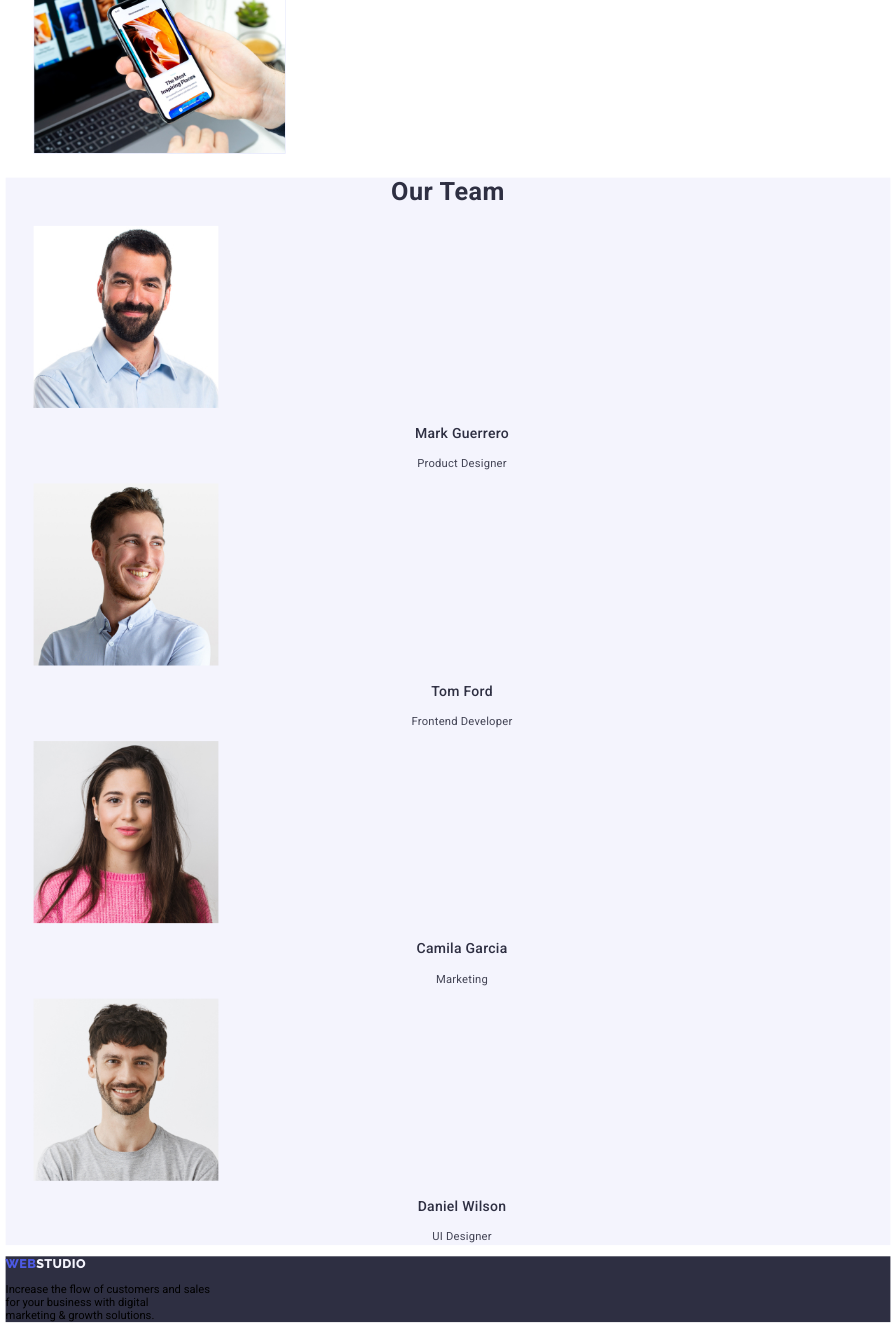
Repository: jandiman/goit-markup-hw-02
Page: index.html
These files come from the project's save history. The page is drawn as it stood at one moment and after the next save; the edit follows.
The browser window is 1280 px wide. The pictures show the part of the page from y = 1564 to 3484 px (the page is 3469 px tall before and 3484 px after), at 70% of full size.

Above is the page before, as saved 2023-07-07 09:31:46.

After the next save:
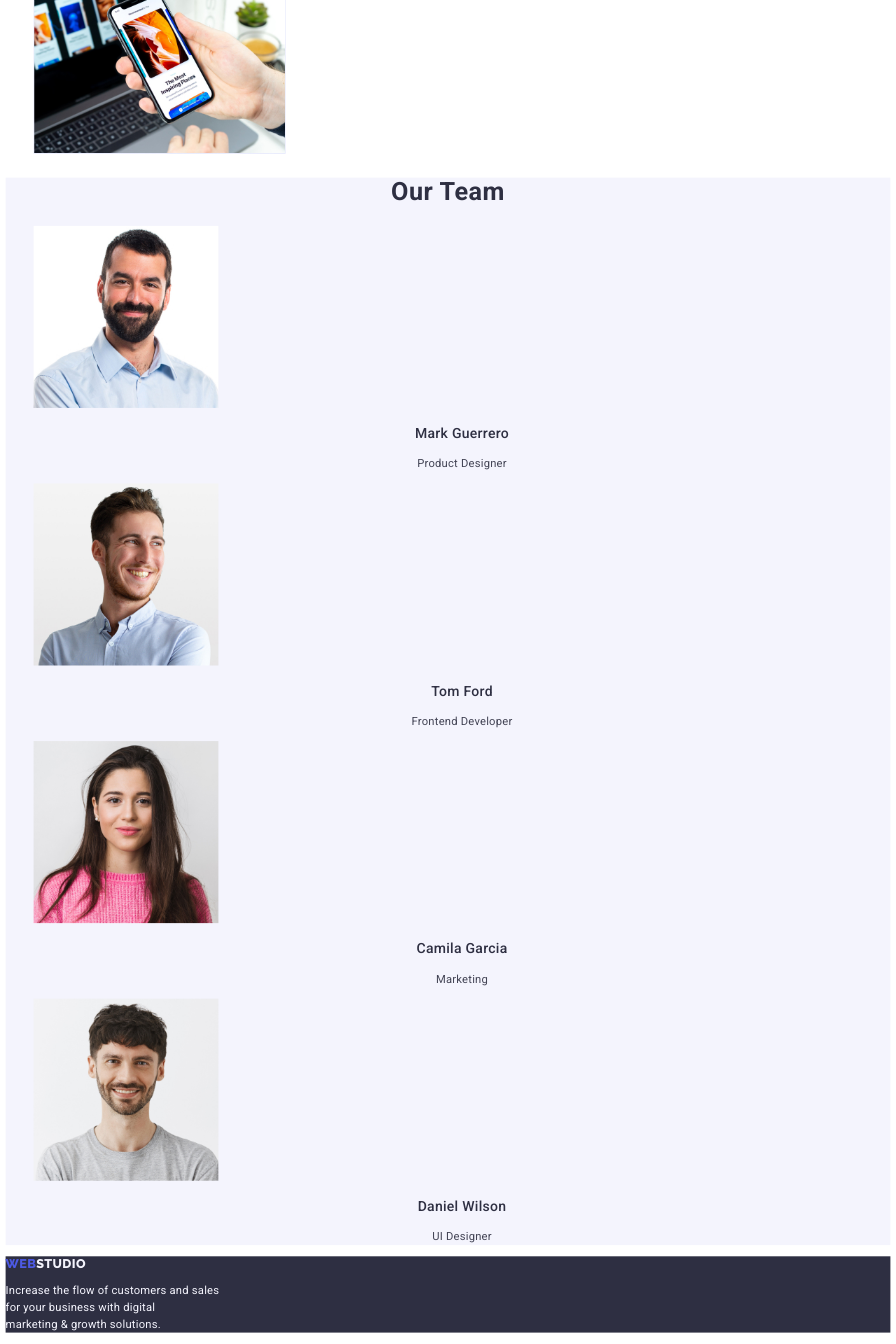
Saved 9 s later.
--- a/css/styles.css
+++ b/css/styles.css
@@ -152,8 +152,15 @@
   line-height: 24px;
   letter-spacing: 0.32px;
 }
-.footer{
-    background: var(--navyblue, #2E2F42);
+.footer {
+  background: var(--navyblue, #2e2f42);
 }
 
-.footer-text
+.footer-text {
+  color: var(--cloud, #f4f4fd);
+  font-size: 16px;
+  font-style: normal;
+  font-weight: 400;
+  line-height: 24px;
+  letter-spacing: 0.32px;
+}
